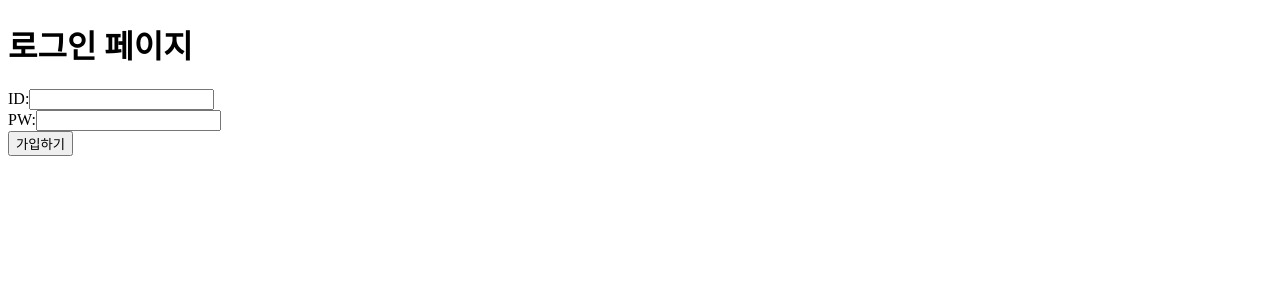
Repository: Gaebulga/eclipse-workspace
Page: http://localhost/181226_Practice/login.jsp
The author's editor kept a copy of each file at every save. The page is drawn from the files as they stood at one save, then again after the next save.
The browser window is 1280 px wide. The pictures show the whole page.
The page is served by Tomcat 9.

Above is the page before, as saved 2018-12-26 12:40:25.

After the next save:
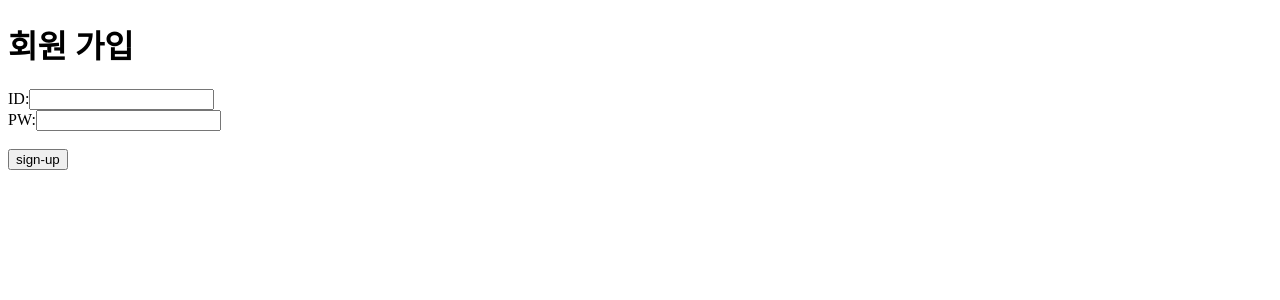
Saved 18 s later.
--- a/181226_Practice/WebContent/login.jsp
+++ b/181226_Practice/WebContent/login.jsp
@@ -7,14 +7,12 @@
 <title>로그인 페이지</title>
 </head>
 <body>
-		<h1> 로그인 페이지 </h1>
-
-		<!-- input type이 3개이면   파라미터도 3개라는 뜻 -->
+		<h1> 회원 가입 </h1>
 		<form action="member" method="post">
-			ID:<input type="text" name="userId"><font color="red">${requestScope.message}</font><br>
-			PW:<input type="text" name="userPw"><br>
-			<input type="hidden" value="signUp" name="action">
-			<button>가입하기</button>
+			ID:<input type="text" name="userId" ><br>
+			PW:<input type="text" name="userPw" ><br>
+			<input type="hidden" value="signUp" name="action"><br>
+			<button>sign-up</button>
 		</form>
 
 </body>
